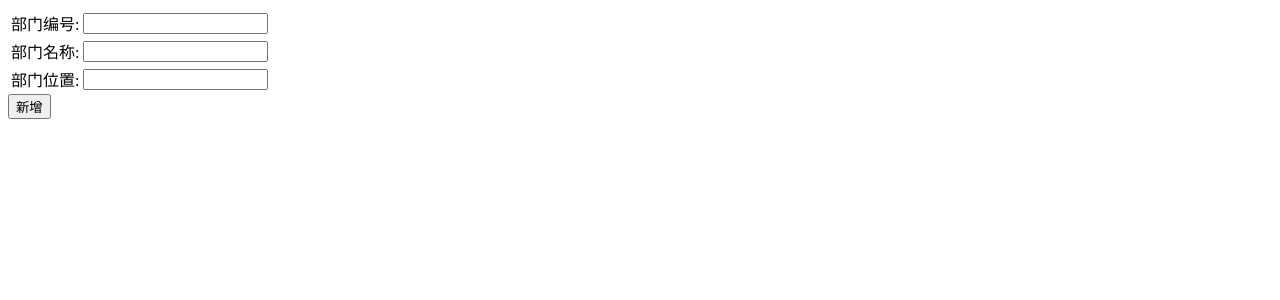
Repository: jianminghao/ssiProject
Page: http://localhost/myssiProject/dept.jsp
The author's editor kept a copy of each file at every save. The page is drawn from the files as they stood at one save, then again after the next save.
The browser window is 1280 px wide. The pictures show the whole page.
The page is served by Tomcat 9.

Above is the page before, as saved 2020-03-05 06:07:58.

After the next save:
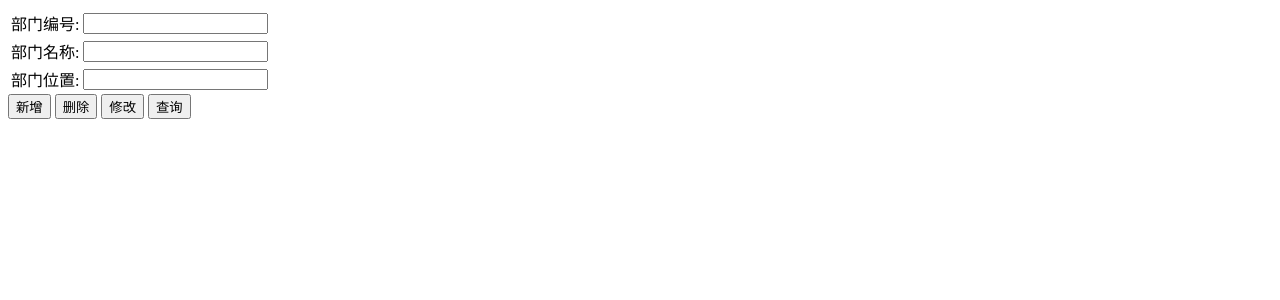
Saved 3 min 22 s later.
--- a/myssiProject/WebContent/dept.jsp
+++ b/myssiProject/WebContent/dept.jsp
@@ -80,11 +80,10 @@
 				 <td><input type="text" id="loc" name="deptInfo.loc"></td>
 			</tr>
 		</table>
-		<input type="submit"  value="新增">
-		<!-- <input type="button" class="btn" onclick=insert() value="新增">
-		<input type="button" class="btn" onclick=deleteInfo() value="删除">
-		<input type="button" class="btn" onclick=update() value="修改">
-		<input type="button" class="btn" onclick=query() value="查询"> -->
+		<input type="submit" class="btn" onclick=insert() value="新增">
+		<input type="submit" class="btn" onclick=deleteInfo() value="删除">
+		<input type="submit" class="btn" onclick=update() value="修改">
+		<input type="submit" class="btn" onclick=query() value="查询">
 	</form>
 </body>
 </html>
